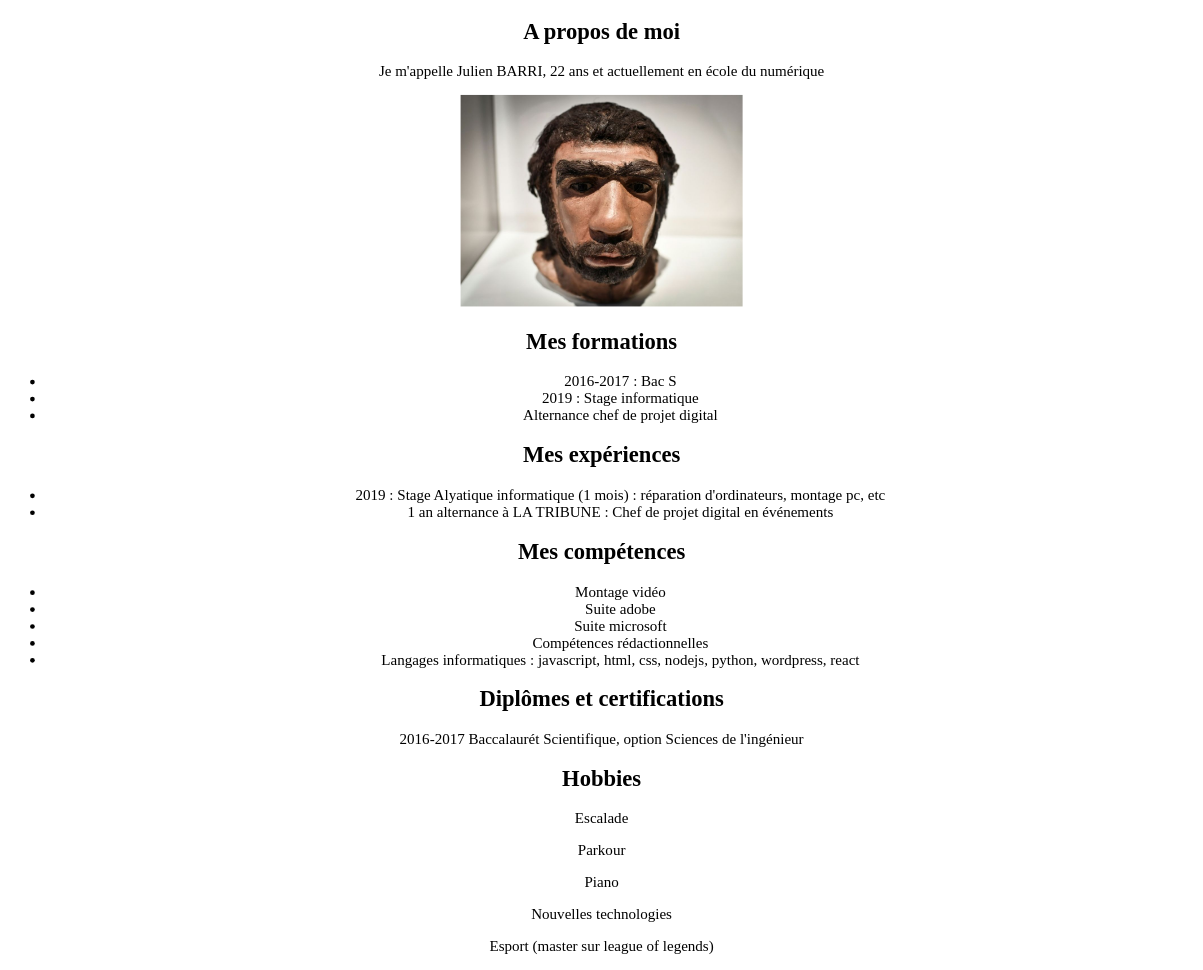
Repository: barridev/cours_devops.github.io
Page: index.html
The author's editor kept a copy of each file at every save. The page is drawn from the files as they stood at one save, then again after a run of saves.
The browser window is 1280 px wide. The pictures show the whole page, at 94% of full size.

Above is the page before, as saved 2022-06-13 15:31:52.

After the next 2 saves:
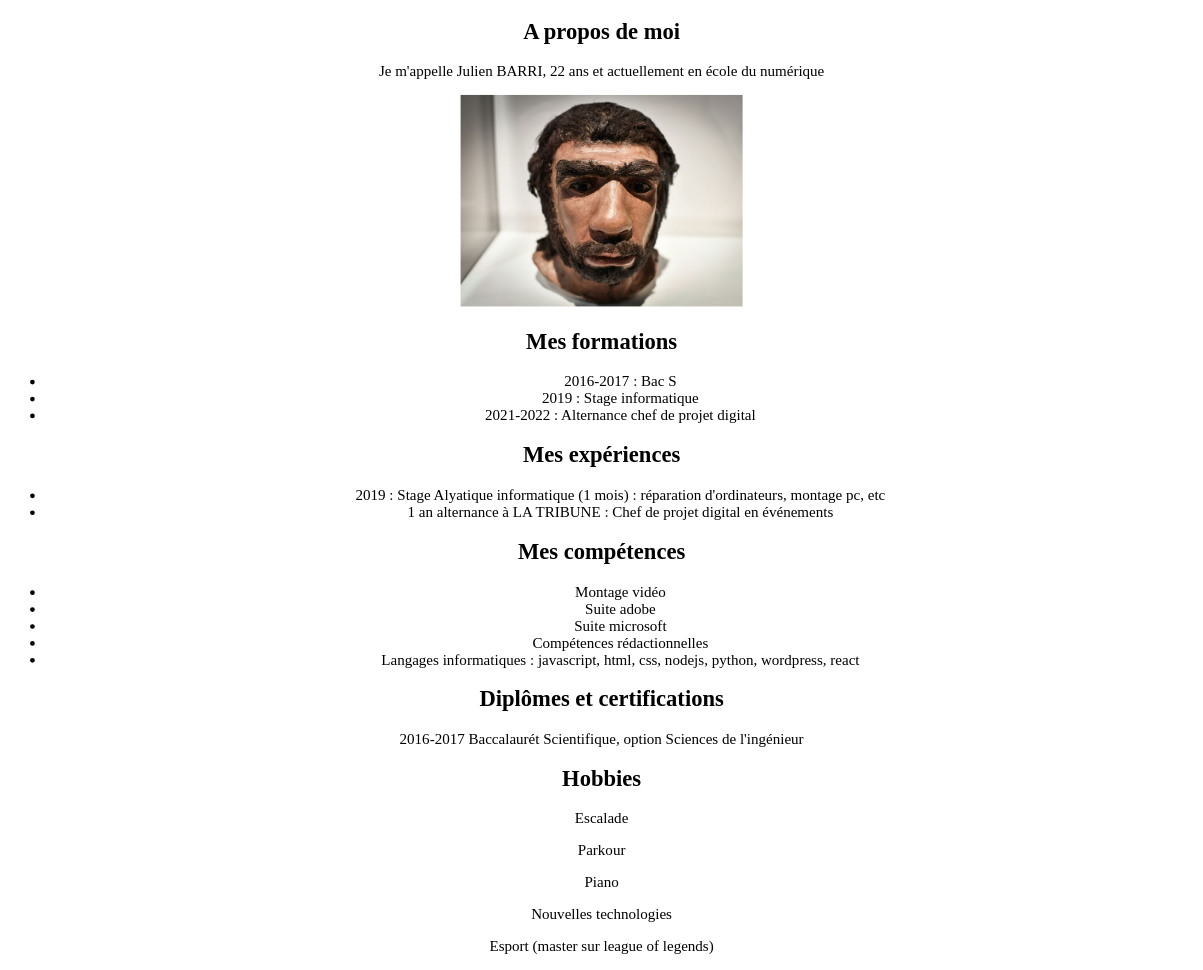
The 2 saves are shown as one change because they came seconds apart.
The last was saved 6 s later.
--- a/index.html
+++ b/index.html
@@ -25,7 +25,7 @@
             <ul>
                 <li> 2016-2017 : Bac S</li>
                 <li> 2019 : Stage informatique</li>
-                <li> Alternance chef de projet digital</li>
+                <li> 2021-2022 : Alternance chef de projet digital</li>
             </ul>
         </div>
     </section>
